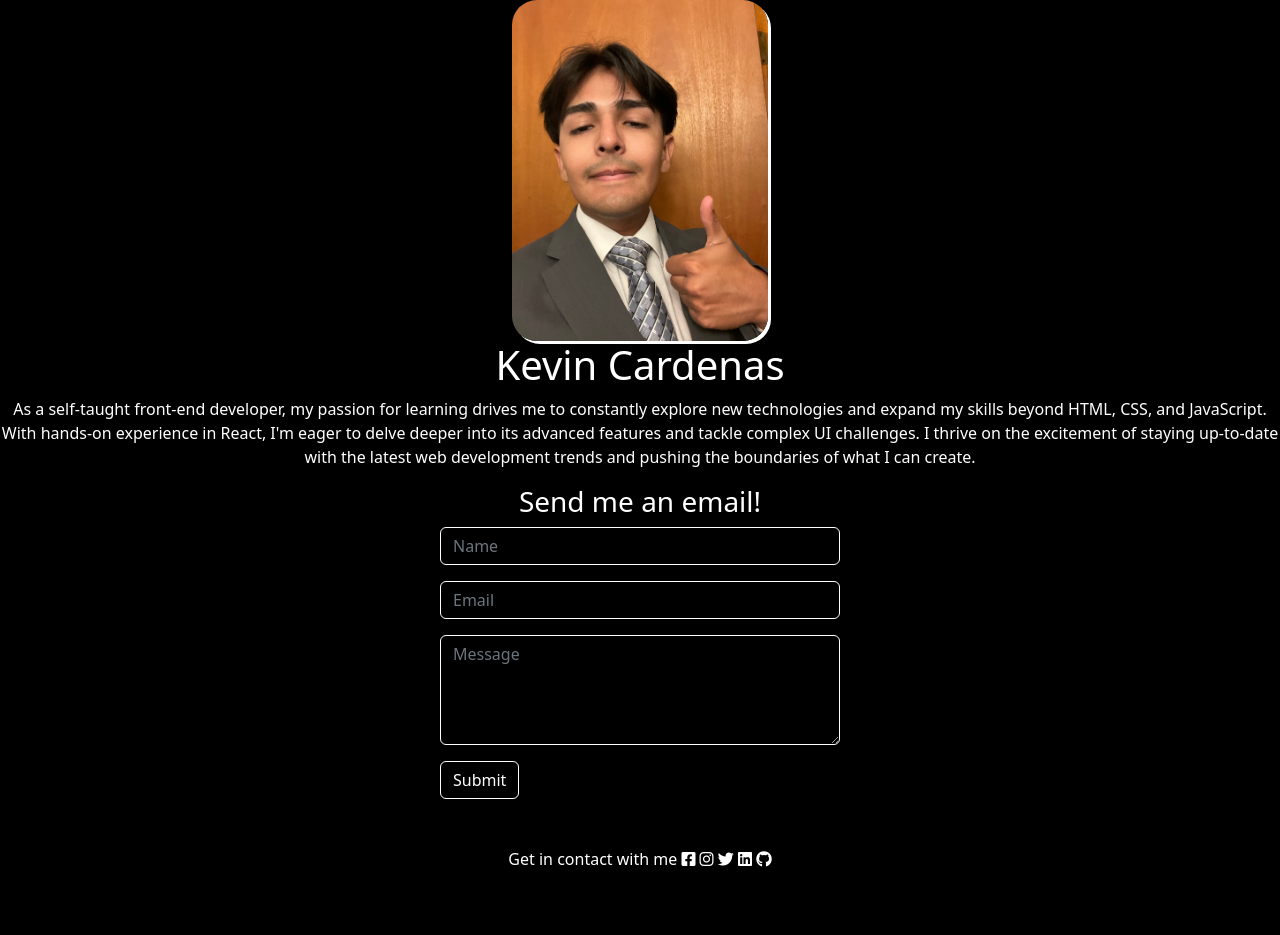
Repository: elqueben/elqueben.github.io
Page: public/index.html
An editor plug-in stored every save of this project. The page is shown before and after a run of saves, followed by the edit.
The browser window is 1280 px wide. The pictures show the whole page.

Above is the page before, as saved 2023-06-20 12:27:27.

After the next 3 saves:
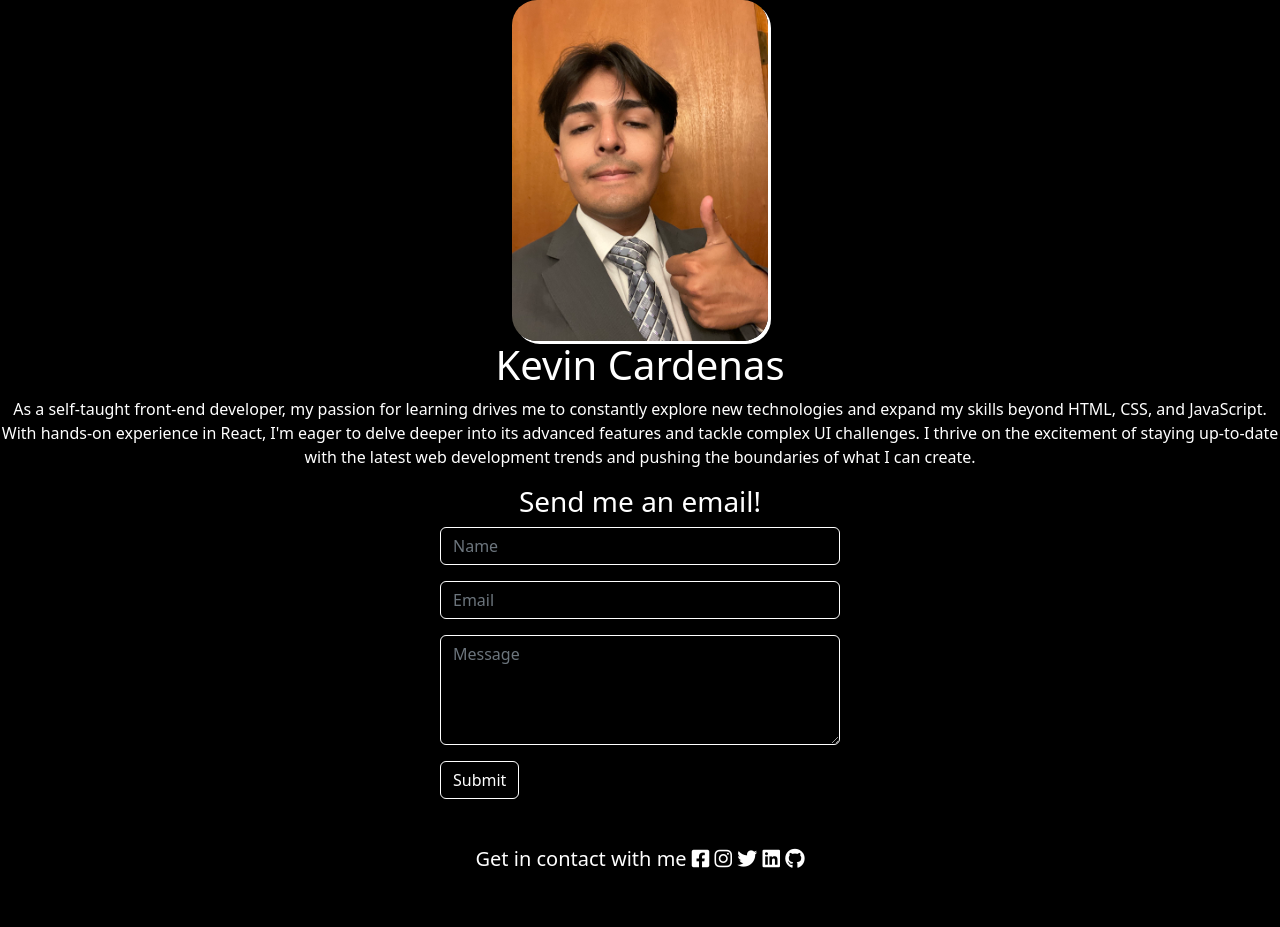
The 3 saves are shown as one change because they came seconds apart.
The last was saved 10 s later.
--- a/public/index.html
+++ b/public/index.html
@@ -34,13 +34,13 @@
     </div>
   </div>
   <div class="text-center p-5">
-    <p>Get in contact with me
+    <h5>Get in contact with me
       <a href="https://www.facebook.com/eselqueben/" target="_blank"><i class="fa fa-brands fa-square-facebook"></i></a>
       <a href="https://www.instagram.com/elqueben/" target="_blank"><i class="fa fa-brands fa-instagram"></i></a>
       <a href="https://twitter.com/eselqueben" target="_blank"><i class="fa fa-brands fa-twitter"></i></a>
       <a href="https://www.linkedin.com/in/elqueben/" target="_blank"><i class="fa fa-brands fa-linkedin"></i></a>
       <a href="https://github.com/elqueben" target="_blank"><i class="fa fa-brands fa-github"></i></a>
-    </p>
+    </h5>
   </div>
 </body>
 </html>
